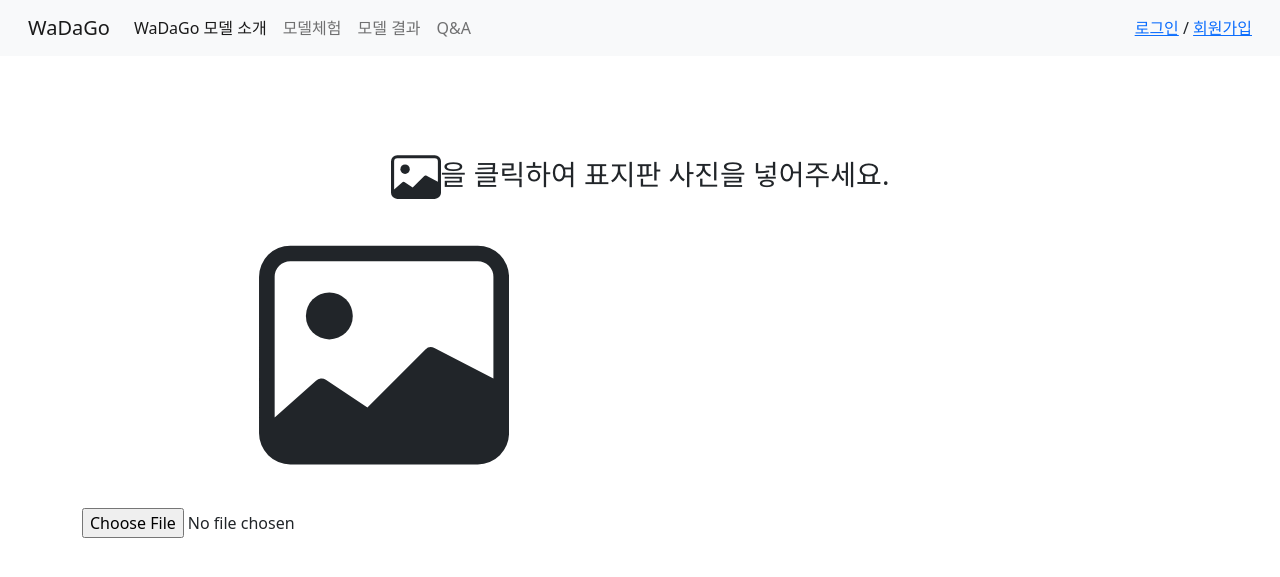
Repository: suchulchoi/Wadago_Project
Page: http://localhost/model/try
An editor plug-in stored every save of this project. The page is shown before and after the next save, followed by the edit.
The browser window is 1280 px wide. The pictures show the whole page.
The page is this project's Thymeleaf template; nobody is signed in. The template is opened directly, without the code that normally fills it, so the values that code supplies are empty.

Above is the page before, as saved 2022-07-27 14:03:24.

After the next save:
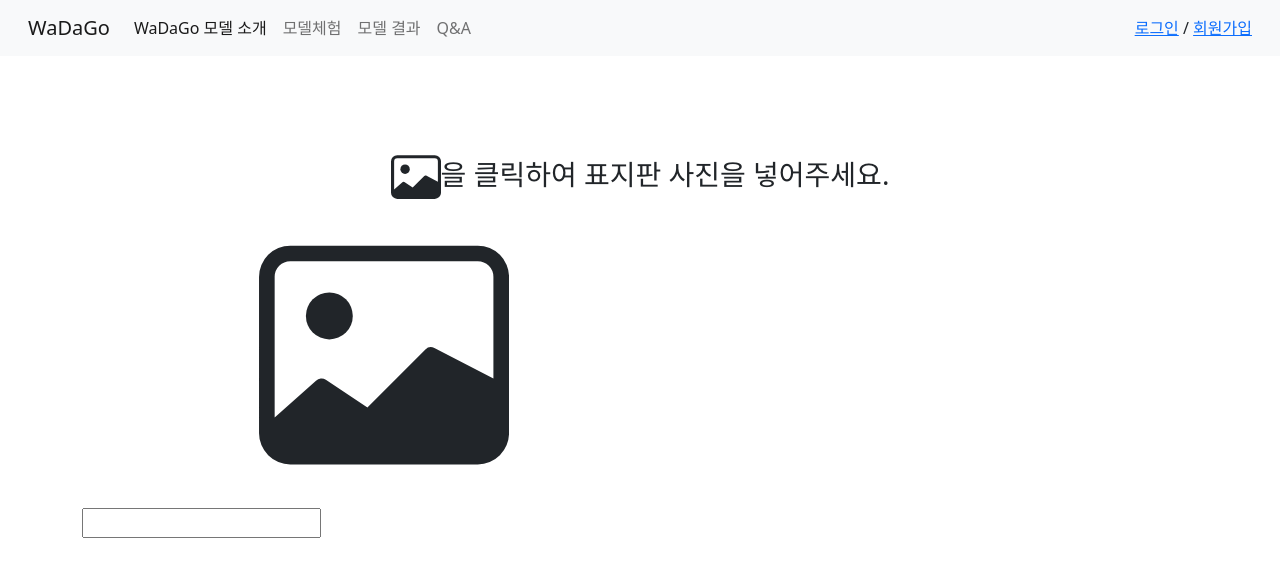
Saved 4 min 44 s later.
--- a/wadago_project/src/main/resources/templates/model/try.html
+++ b/wadago_project/src/main/resources/templates/model/try.html
@@ -64,7 +64,7 @@
 				</div>
 				<div id="image_container" class="imgMenu"></div>
 			</div>
-	  		<input name="uploadfile2" type="file" >
+	  		<input name="uploadfile2" type="text">
 			<br><br>
 			<center><button id="postBtn" class="resultBtn" type="submit" style="visibility:hidden;">
 				<svg xmlns="http://www.w3.org/2000/svg" width="16" height="16" fill="currentColor" class="bi bi-caret-right-fill" viewBox="0 0 16 16">

After the save that followed:
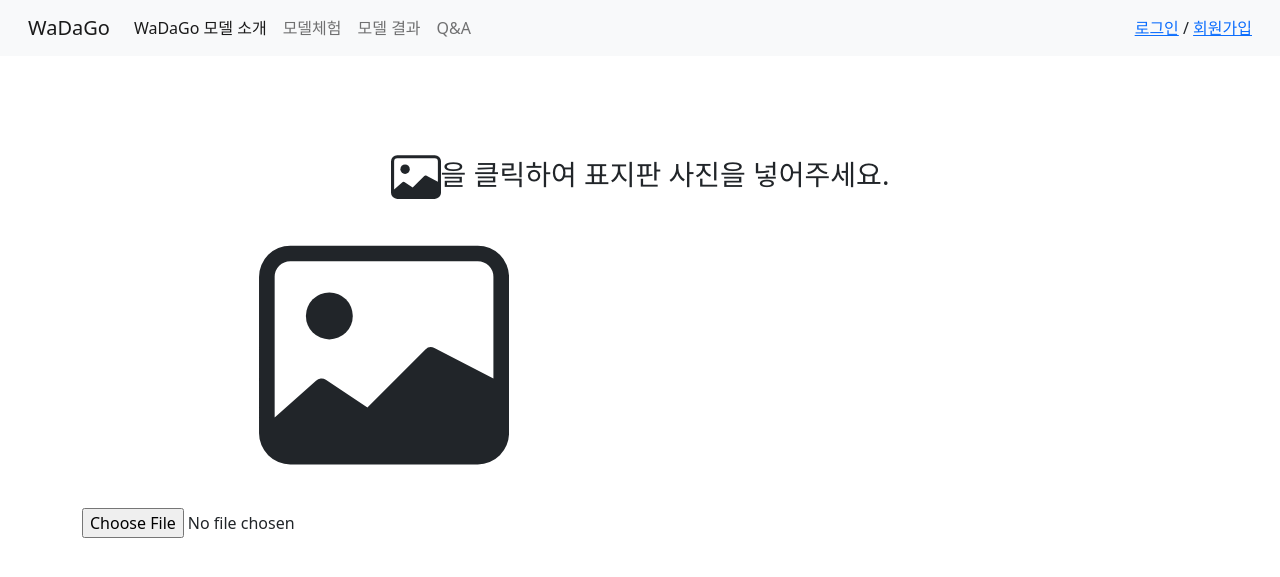
Saved 11 s later.
--- a/wadago_project/src/main/resources/templates/model/try.html
+++ b/wadago_project/src/main/resources/templates/model/try.html
@@ -64,7 +64,7 @@
 				</div>
 				<div id="image_container" class="imgMenu"></div>
 			</div>
-	  		<input name="uploadfile2" type="text">
+	  		<input name="uploadfile2" type="file" >
 			<br><br>
 			<center><button id="postBtn" class="resultBtn" type="submit" style="visibility:hidden;">
 				<svg xmlns="http://www.w3.org/2000/svg" width="16" height="16" fill="currentColor" class="bi bi-caret-right-fill" viewBox="0 0 16 16">
